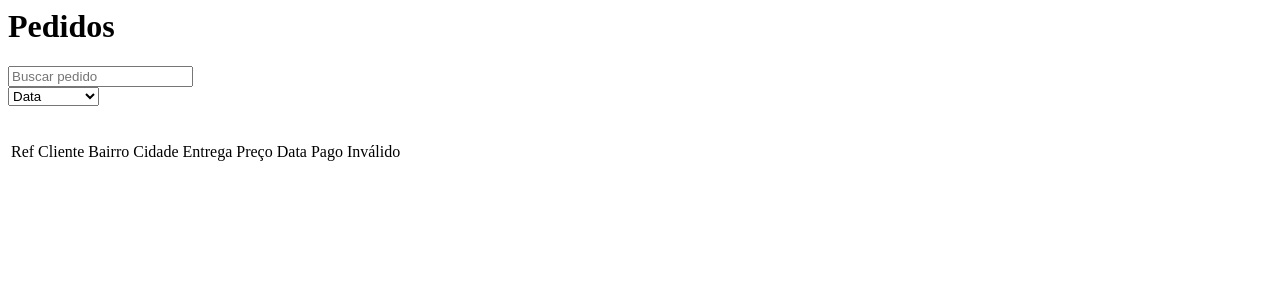
Repository: organicos/organicos.github.io
Page: partials/users/orders.html
The author's editor kept a record of every edit. The page is drawn from the files as they stood at one moment, then again after the next edit.
The browser window is 1280 px wide. The pictures show the whole page.

Above is the page before.

### partials/users/orders.html
<div class="row">

    <div class="col-sm-22 col-sm-offset-1">
        <h1>Pedidos</h1>

        <form class="form-inline text-right">
            <div class="form-group">
        		<input class="form-control input-xs" id="orderQuery" name="orderQuery" ng-model="orderQuery" type="text" placeholder="Buscar pedido">
            </div>
        	<div class="form-group">
                <select class="form-control" id="order" ng-model="selectedOrder">
                    <option value="updated" selected>Data</option>
                    <option value="customer.email">Cliente</option>
                    <option value="district">Bairro</option>
                    <option value="city">Cidade</option>
                    <option value="deliveryOption">Entrega</option>
                    <option value="products">Produto</option>
                    <option value="payment_status">Pagamento</option>
                    <option value="invalid">Inválido</option>
                </select>
        	</div>
        </form>

        <br>

        <table class="table table-condensed table-stripped table-hover small">
            <thead>
                <tr>
                    <td>Ref</td>
                    <td>Cliente</td>
                    <td>Bairro</td>
                    <td>Cidade</td>
                    <td>Entrega</td>
                    <td>Preço</td>
                    <td>Data</td>
                    <td>Pago</td>
                    <td ng-if="selectedFilterInvalidValue === ''">Inválido</td>
                </tr>
            </thead>
            <tbody>
                <tr ng-repeat="order in filteredProducts = (orders | filter: orderQuery | orderBy: selectedOrder | filter: {invalid : selectedFilterInvalidValue})">
                    <td><a href="#/order/{{order._id}}" ng-bind="order._id"></a></td>
                    <td><a href="#/user/{{order.customer._id}}" ng-bind="order.customer.name || order.customer.email"></a></td>
                    <td ng-bind="order.shipping.district"></td>
                    <td ng-bind="order.shipping.city"></td>
                    <td ng-bind="order.shipping.deliveryOption"></td>
                    <td ng-bind="order.total + order.shipping.price | currency:'R$':2""></td>
                    <td ng-bind="order.updated | date:'dd/MM/yyyy'"></td>
                    <td><i nf-if="order.pagseguro.transaction.status[0]" class="fa fa-check"></i></td>
                    <td ng-if="selectedFilterInvalidValue === ''"><i class="fa fa-check" ng-if="order.invalid"></i></td>
                </tr>
            </tbody>
        </table>
    </div>
</div>

After the next edit:
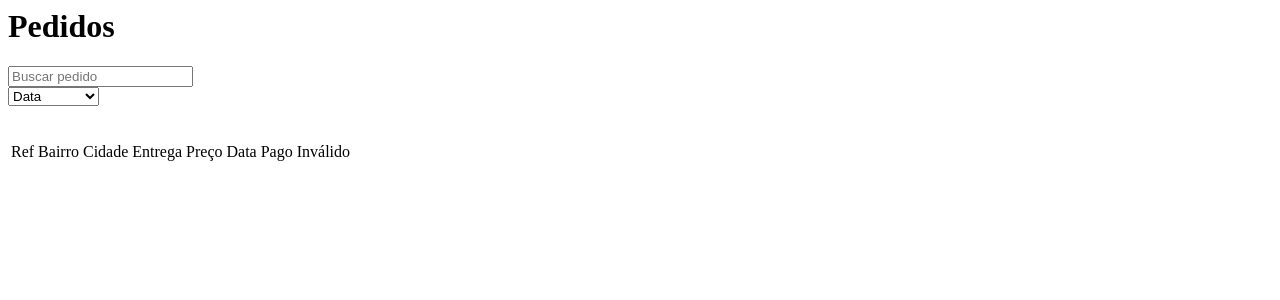
The edit:
--- a/partials/users/orders.html
+++ b/partials/users/orders.html
@@ -27,7 +27,6 @@
             <thead>
                 <tr>
                     <td>Ref</td>
-                    <td>Cliente</td>
                     <td>Bairro</td>
                     <td>Cidade</td>
                     <td>Entrega</td>
